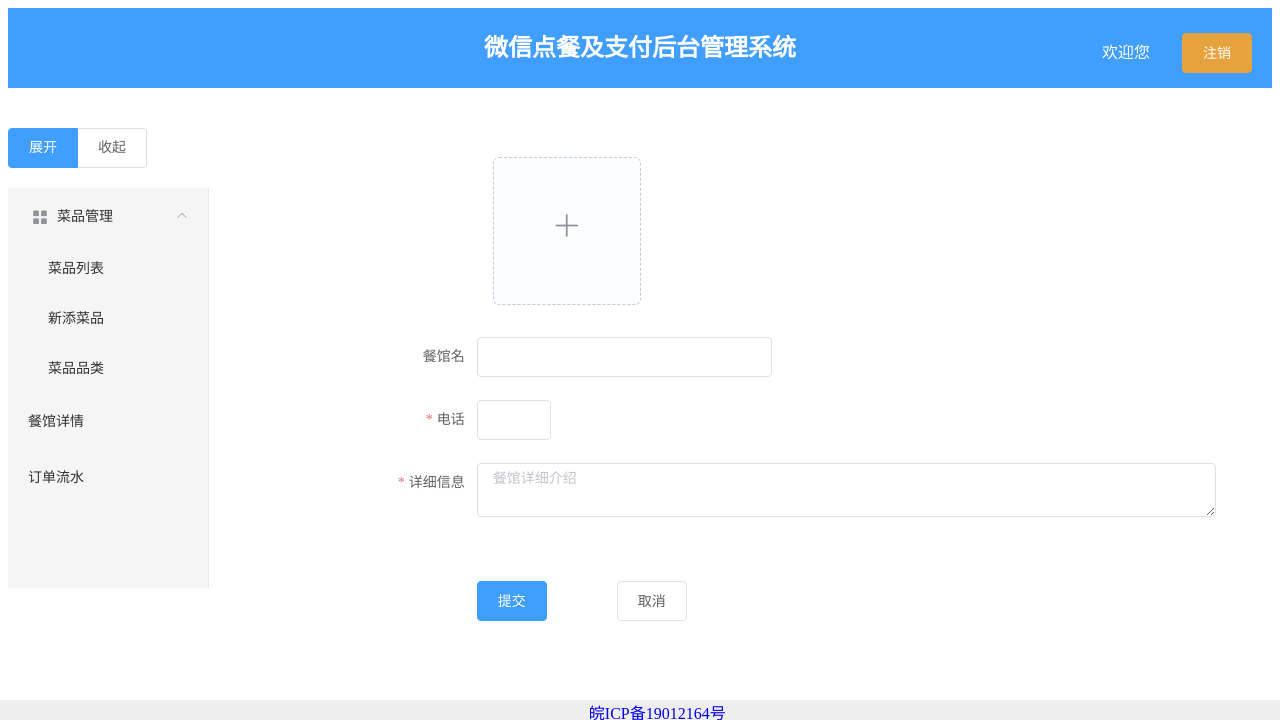
Repository: align-shi/order-web
Page: /pointpayment/hotelTable
These files come from the project's save history. The page is drawn as it stood at one moment and after the next save; the edit follows.
The browser window is 1280 px wide. The pictures show the whole page.
The page's requests for data from a server got no answer. The project was rebuilt for these pictures with package versions that can differ from the ones it lists, and the page was loaded fresh each time. No one was signed in, and anything a server would have sent is missing. Also part of the build but not shown: src/pages/login.vue.

Above is the page before, as saved 2020-03-11 20:59:28.

### index.html
<!DOCTYPE html>
<html>
  <head>
    <meta charset="utf-8">
    <meta name="viewport" content="width=device-width,initial-scale=1.0">
    <title>pointpayment_ele</title>
  </head>
  <body>
    <div id="app"></div>
    <!-- built files will be auto injected -->
  </body>
  <div style="position: fixed;left: 0px;bottom: 0px;width: 100%;height:20px;background-color: #eee;">
    <a href="http://www.beian.miit.gov.cn" target="_blank" style="margin-left: 46%">皖ICP备19012164号</a>
  </div>
</html>

### src/App.vue
<template>
  <div id="app">
    <transition name="fade" mode="out-in">
			<router-view></router-view>
		</transition>
  </div>
</template>

<script>
export default {
  name: 'App'
}
</script>

<style>
  .header{
    background-color: #409EFF;
    color: white;
    text-align: center;
  }
</style>

### src/pages/main.vue
<template>
    <div>
        <el-container>
            <el-header class="header" height="80px">
                <headers></headers>
            </el-header>
            <el-main>
                <!-- <span v-if="!user" class="loginFont">
                        <el-button type="success"  @click="login">点击登录</el-button>
                </span>   -->
                <div class="centerContent">
                    <transition name="fade" mode="out-in">
						<router-view></router-view>
					</transition>
                </div>

            </el-main>

            <el-aside>
                    <navMenuVue></navMenuVue>
            </el-aside>

        </el-container>

    </div>
</template>

<script>

    import headers from '../components/header.vue';
    import navMenuVue from '../components/NavMenu.vue';

    export default {

        created:function(){

        },
        methods: {
            login () {
                this.$router.replace('/login')
            },
            logout () {
                this.$store.dispatch('logout').then(() => {
                    this.$router.replace('/login')
                })
            },
            dataPath(){
                this.$router.replace('/dataTable')
            },
            getStatus (urlStr) {
                var urlStrArr = urlStr.split('/')
                return urlStrArr[urlStrArr.length - 1]
            }
        },

        computed: {
            user () {
                return this.$store.state.user
            }
        },
        components: {
            headers,
            navMenuVue,
            key() {
                return this.$route.name !== undefined? this.$route.name +new Date(): this.$route +new Date()
            }
         },
         watch:{
            '$route' (to, from) {
                // console.log(this.getStatus(this.$route.path))
             }
         }
    }
</script>
<style>

    .userContent{
        position: relative;
        top: -50px;
        float: right;
    }
    .centerContent{
        position: absolute;
        top: 19%;
        left:15%;
        width:80%;
    }
    .loginFont{
        top: 30%;
        position: absolute;
        left:46%;
    }
</style>

### src/components/createMenu.vue
<template>
    <div class="form">
          <el-upload
            class="upload"
            action=""
            list-type="picture-card"
            :on-preview="handlePictureCardPreview"
            :on-remove="handleRemove"
            :limit = 1
            :before-upload="UpladFile"
            >
            <!--  :on-change="saveFile"  :auto-upload="false"  :on-change="saveFile" :auto-upload="false" :before-upload="UpladFile" -->
            <i class="el-icon-plus"></i>
          </el-upload>
          <el-dialog :visible.sync="dialogVisible">
            <img width="100%" :src="dialogImageUrl" alt="">
          </el-dialog>

          <el-form :model="form" label-width="80px" :rules="formRules" ref="form">
            <el-form-item label="菜名" prop="dishes">
              <el-input v-model="form.dishes" auto-complete="off" style="width:40%"></el-input>
            </el-form-item>

            <el-form-item label="价格" prop="price">
              <el-input v-model="form.price" auto-complete="off" style="width:10%"></el-input>
            </el-form-item>

            <el-form-item label="菜品类别" prop="typeId">
              <el-select clearable  v-model="form.typeId" placeholder="菜品类别" autocomplete="off"
                      style="width: 30%">
              <el-option v-for="item in typeList" :key="item.id" :label="item.typeName"
                        :value="item.id"></el-option>
              </el-select>
            </el-form-item>
          </el-form>

        <div class="buttons">
            <el-button type="primary" @click.native="submit" :loading="submitLoading">提交</el-button>
            <el-button @click.native="clean" style="margin-left:5em;">取消</el-button>
        </div>

    </div>
</template>
<script>
    export default {

        data(){
            return{
                file:{},
                dialogVisible:false,
                dialogImageUrl:'',
                fileList:[],        //文件列表
                typeList:[],        //菜品类别表
                form: {             //提交表单
                  dishes:'',
                  price:'',
                  picture:'',
                  typeId:'',
                },
                submitLoading:false,
                uploadingFile:false,
                //表单验证
                formRules: {
                  dishes: [
                    { required: true, message: '请输入菜名', trigger: 'blur' },
                  ],
                  price: [
                    { required: true, message: '请输入价格', trigger: 'blur' },
                  ],
                  typeId:[
                    { required: true, message: '请输入菜品类别', trigger: 'blur' },
                  ],
                },
            }
        },
        created:function(){
            this.getTypeList()
        },
        methods: {
            // saveFile(file){
            //     this.file  = file.raw;
            //     this.fileList = [...this.fileList, this.file];
            // },
            submit(){
                this.$refs.form.validate((valid) => {
					if (valid) {
						this.$confirm('确认提交吗？', '提示', {}).then(() => {
                        this.submitLoading = true;
                        let para = Object.assign({}, this.form);
							// para.publishingDate = (!para.publishingDate || para.publishingDate == '') ? '':util.formatDate.format(new Date(para.publishingDate), 'yyyy-MM-dd');
                            this.submitMenu(para);
						});
					}
				});
            },
            submitMenu:function(para){
                // alert(JSON.stringify(para));
                this.$axios.post('/menu/insert',para).then((res) => {
                    if(res.data!=null){
                        this.$message.success('提交成功');
                    }
                    this.$refs['form'].resetFields();
                    this.editLoading = false;

                }).catch(function(error){
                        console.log(error);
                })
            },
            getTypeList(){
                this.$axios.post('/type/list').then((res) =>{
                this.typeList = res.data;
                })
            },
            handleRemove(file, fileList) {
                console.log(file, fileList);
            },
            handlePictureCardPreview(file) {
                this.dialogImageUrl = file.url;
                this.dialogVisible = true;
            },
            a(){

            },
            UpladFile(file){

                this.fileList = [...this.fileList,file];
                const formData = new FormData();
                var list = this.fileList;
                var that = this;
                list.forEach((file) => {
                    console.log(file);
                    formData.append('files',file);
                });

                formData.append('path','pic');
                this.$axios.post('/file/uploadFile',formData).then((res) => {
                    if(res.data!=null){
                        this.fileList= [];
                        this.form.picture = res.data[0];

                    }
                }).catch(function(error){
                    this.uploadingFile = false;
                })
                this.uploadingFile = false;
            }
        },
        computed: {

        }
    }
</script>
<style>
    .upload{
      margin-left: 6em;
      margin-bottom: 2em;
    }

    .form{
        margin-top:2%;
        margin-left:20%;
    }

    .buttons{
        margin-top:4em;
        margin-left:5em;
    }
</style>

### src/components/orderTable.vue
<template>
    <div>
        <div style="margin-bottom: 1em;">
            <el-col :span="2">
                <el-input v-model="order.tablenumber"  placeholder="请输入桌号名"></el-input>
            </el-col>

            <el-col :span="5" :offset="1">
                <el-input v-model="order.wxaccount"  placeholder="顾客微信名" ></el-input>
            </el-col>
            <el-button @click="search" icon="el-icon-search">搜索</el-button>
        </div>


        <el-table ref="multipleTable" :data="tableData.slice((currentPage-1)*pageSize,currentPage*pageSize)" border style="width: 100%"
            @selection-change="handleSelectionChange" :cell-style="cellStyle" :header-cell-style="rowClass">


            <el-table-column type="expand">
                <template slot-scope="props">
                    <el-form label-position="left" inline class="demo-table-expand">
                        <div>
                            <el-card class="box-card" shadow="hover" v-for="(item,i) in props.row.carts" :key="i"
                                style="float:left;margin-left:1em;margin-bottom:.5em;background-color:#F5F5F5">
                                菜品 : {{item.dishes}}   &#12288;&#12288;单价 : {{item.price}}    &#12288;&#12288;数量 : {{item.quantity}}
                            </el-card>
                        </div>

                    </el-form>
                </template>
            </el-table-column>

            <el-table-column prop="openId" label="用户标识" show-overflow-tooltip width="140"></el-table-column>
            <el-table-column prop="wxaccount" label="顾客微信名" align="center"></el-table-column>
            <el-table-column prop="tablenumber" label="桌号" show-overflow-tooltip width="200"></el-table-column>
            <el-table-column prop="money" label="总额(元)" width="100"></el-table-column>

            <el-table-column label="操作">
            <template slot-scope="scope">
                <el-button type="warning" plain @click="handleChangeStatus(scope.$index, scope.row)" v-show="scope.row.status == 1">
                  请求处理    <i class="el-icon-loading"></i>
                </el-button>
                <div v-show="scope.row.status == 2"> 已处理&#12288;<i class="el-icon-check"></i></div>
                <!-- <i class="el-icon-check" v-show="scope.row.status == 2"></i> -->
            </template>
          </el-table-column>
        </el-table>

        <el-pagination background
            @size-change="handleSizeChange"
            @current-change="handleCurrentChange"
            :current-page="currentPage"
            :page-sizes="[5,10,50, 100]"
            :page-size="pageSize"
            layout="total, sizes, prev, pager, next, jumper"
            :total="total">
        </el-pagination>
    </div>
</template>

<script>
export default {
    data(){
        return {

                total:5,
                currentPage: 1,
　　　　　　　　　pageSize: 5,

                msg:"",//记录每一条的信息，便于取id

                tableData: [],
                multipleSelection: [],
                order:{
                    tablenumber:null,
                    wxaccount:''
                }

        }
    },

    created: function(){
      this.getPackData();
    },

    mounted() {
			this.getPackData();
    },
    methods: {

      getPackData() {

        this.$axios({
            method: 'post',
            url: '/order/getListBy',
            data:{}
        }).then((res) => {
            this.tableData = res.data;
            this.total=this.tableData.length;
            // alert(JSON.stringify(res.data));
        }).catch(function(error){
            console.log(error);
        })

      },
      search(){
        this.$axios({
            method: 'post',
            url: '/order/getListBy',
            data:this.order
        }).then((res) => {
            this.tableData = res.data;
            this.total=this.tableData.length;
            // alert(JSON.stringify(res.data));
        }).catch(function(error){
            console.log(error);
        })
      },
      toggleSelection(rows) {
          if (rows) {
              rows.forEach(function(row)  {
                  this.$refs.multipleTable.toggleRowSelection(row);
              });
          } else {
              this.$refs.multipleTable.clearSelection();
          }
      },
      handleSelectionChange(val) {
          this.multipleSelection = val;
      },
      callbackFunction(result) {
                alert(result + "aaa");
            },
      handleSizeChange(val){
        this.pageSize = val;
        this.currentPage = 1;
        // this.fetchData(1, val);
        // console.log(`每页 ${val} 条`);
      },
      handleCurrentChange(val){
        this.currentPage = val;
        // this.fetchData(val, this.pageSize);
        // console.log(`当前页: ${val}`);
      },
      cellStyle({row,column,rowIndex,columnIndex}){
        return "text-align:center;"
      },
      rowClass({row,rowIndex}){
        return "text-align:center;"
      },

      handleChangeStatus:function(index,row){

        this.$axios({
            method: 'post',
            url: '/order/handleOrder',
            params:{id:row.id}
        }).then((res) =>{
          if(res.data == true){
            this.$message.success('处理成功');
          }
          row.status = 2;
        }).catch(function(error){
          console.log(error)
          that.$message.error('处理失败')
        })

      }

    }

}
</script>
<style>
    .el-table th {
        text-align: center;
    }

    /* .el-table tbody tr td:first-child {
        text-align: center;
    } */
    .upload{
      margin-left: 6em;
      margin-bottom: 2em;
    }
</style>

### src/components/hotelTable.vue
<template>
    <div class="form">

        <el-upload
            class="upload"
            action=""
            list-type="picture-card"
            :on-preview="handlePictureCardPreview"
            :on-remove="handleRemove"
            :limit = 1
            :before-upload="UpladFile"
            >
            <!--  :on-change="saveFile"  :auto-upload="false"  :on-change="saveFile" :auto-upload="false" :before-upload="UpladFile" -->
            <i class="el-icon-plus"></i>
        </el-upload>
        <el-dialog :visible.sync="dialogVisible">
            <img width="100%" :src="dialogImageUrl" alt="">
        </el-dialog>

        <el-form :model="form" label-width="80px" :rules="formRules" ref="form">
            <el-form-item label="餐馆名" prop="name">
                <el-input v-model="form.dishes" auto-complete="off" style="width:40%"></el-input>
            </el-form-item>

            <el-form-item label="电话" prop="price">
                <el-input v-model="form.price" auto-complete="off" style="width:10%"></el-input>
            </el-form-item>

            <el-form-item label="详细信息" prop="price">
                <el-input type="textarea" rows="2" placeholder="餐馆详细介绍" v-model="textarea">
                </el-input>
            </el-form-item>


        </el-form>

        <div class="buttons">
            <el-button type="primary" @click.native="submit" :loading="submitLoading">提交</el-button>
            <el-button @click.native="clean" style="margin-left:5em;">取消</el-button>
        </div>
    </div>
</template>
<script>
    export default {

        data(){
            return{
                file:{},
                dialogVisible:false,
                dialogImageUrl:'',
                fileList:[],        //文件列表
                typeList:[],        //菜品类别表
                form: {             //提交表单
                  dishes:'',
                  price:'',
                  picture:'',
                  typeId:'',
                },
                submitLoading:false,
                uploadingFile:false,
                //表单验证
                formRules: {
                  dishes: [
                    { required: true, message: '请输入菜名', trigger: 'blur' },
                  ],
                  price: [
                    { required: true, message: '请输入价格', trigger: 'blur' },
                  ],
                  typeId:[
                    { required: true, message: '请输入菜品类别', trigger: 'blur' },
                  ],
                },
            }
        },
        created:function(){
            this.getTypeList()
        },
        methods: {
            // saveFile(file){
            //     this.file  = file.raw;
            //     this.fileList = [...this.fileList, this.file];
            // },
            submit(){
                this.$refs.form.validate((valid) => {
					if (valid) {
						this.$confirm('确认提交吗？', '提示', {}).then(() => {
                        this.submitLoading = true;
                        let para = Object.assign({}, this.form);
							// para.publishingDate = (!para.publishingDate || para.publishingDate == '') ? '':util.formatDate.format(new Date(para.publishingDate), 'yyyy-MM-dd');
                            this.submitMenu(para);
						});
					}
				});
            },
            submitMenu:function(para){
                // alert(JSON.stringify(para));
                this.$axios.post('/menu/insert',para).then((res) => {
                    if(res.data!=null){
                        this.$message.success('提交成功');
                    }
                    this.$refs['form'].resetFields();
                    this.editLoading = false;

                }).catch(function(error){
                        console.log(error);
                })
            },
            getTypeList(){
                this.$axios.post('/type/list').then((res) =>{
                this.typeList = res.data;
                })
            },
            handleRemove(file, fileList) {
                console.log(file, fileList);
            },
            handlePictureCardPreview(file) {
                this.dialogImageUrl = file.url;
                this.dialogVisible = true;
            },
            a(){

            },
            UpladFile(file){

                this.fileList = [...this.fileList,file];
                const formData = new FormData();
                var list = this.fileList;
                var that = this;
                list.forEach((file) => {
                    console.log(file);
                    formData.append('files',file);
                });

                formData.append('path','pic');
                this.$axios.post('/file/uploadFile',formData).then((res) => {
                    if(res.data!=null){
                        this.fileList= [];
                        this.form.picture = res.data[0];

                    }
                }).catch(function(error){
                    this.uploadingFile = false;
                })
                this.uploadingFile = false;
            }
        },
        computed: {

        }
    }
</script>
<style>
    .upload{
      margin-left: 6em;
      margin-bottom: 2em;
    }

    .form{
        margin-top:2%;
        margin-left:20%;
    }

    .buttons{
        margin-top:4em;
        margin-left:5em;
    }
</style>

### src/components/header.vue
<template>
    <div id="header">
        <h2>微信点餐及支付后台管理系统</h2>
        <div class="userContent">
            <span>
                <label>欢迎您</label>&nbsp;&nbsp;&nbsp;{{this.username}}&nbsp;&nbsp;&nbsp;&nbsp;
                <el-button type="warning"  @click="login" style="">注销</el-button>
            </span>
        </div>
    </div>
</template>

<script>
    export default {

        data(){
            return{
                username:''
            }
        },
        created:function(){
            this.username=this.getUserName();
        },
        methods: {
            login () {
                this.$router.replace('/login')
            },
            logout () {
                this.$store.dispatch('logout').then(() => {
                    this.$router.replace('/login')
                })
            },
            dataPath(){
                this.$router.replace('/dataTable')
            },
            getUserName(){
                if (document.cookie.length > 0) {
                    var arr = document.cookie.split('; '); //这里显示的格式需要切割一下自己可输出看下
                    for (var i = 0; i < arr.length; i++) {
                        var arr2 = arr[i].split('='); //再次切割
                        if (arr2[0] == 'userName') {
                            return arr2[1];
                        }
                    }
                }
            }
        },
        computed: {
            user () {
                return this.$store.state.user
            }
        }
    }
</script>
<style>
    .userContent{
        position: relative;
        top: -40px;
        float: right;
    }
</style>

### src/components/NavMenu.vue
<template>
    <div id="navMenu">
        <el-radio-group v-model="isCollapse" style="margin-bottom: 20px;">
            <el-radio-button :label="false">展开</el-radio-button>
            <el-radio-button :label="true">收起</el-radio-button>
        </el-radio-group>

         <el-menu default-active="1" class="el-menu-vertical-demo"
            @open="handleOpen" @close="handleClose" :collapse="isCollapse" @select="handleSelect" :router="true"
            background-color="#F5F5F5">

            <el-submenu v-for="(item,i) in navList" :key="'1'+i" v-show="item.second" :index="item.name">
                <template slot="title">
                    <i class="el-icon-menu"></i>
                    <span>{{ item.navItem}}</span>
                </template>
                <el-menu-item v-for="(sec,j) in item.second" :key="j" :index="sec.name">{{sec.navItem}}</el-menu-item>
            </el-submenu>

            <el-menu-item v-for="(item,i) in navList" :key="i" v-show="!item.second" :index="item.name">
            {{ item.navItem }}
            </el-menu-item>


        </el-menu>
    </div>
</template>

<script>
    export default {
        data() {
            return {
                isCollapse: false,
                navList:[
                    {name:'/hotelTable',navItem:'餐馆详情'},
                    {name:'/orderTable',navItem:'订单流水'},
                    {name:'1',navItem:'菜品管理',
                        second:[{name:'/menuTable',navItem:'菜品列表'},
                                {name:'/createMenu',navItem:'新添菜品'},
                                {name:'/typeTable',navItem:'菜品品类'}]},
                ]
            };
        },
        created:function(){

        },
        methods: {
            handleOpen(key, keyPath) {
                // console.log(key, keyPath);
            },
            handleClose(key, keyPath) {
                // console.log(key, keyPath);
            },
            handleSelect(key, keyPath) {
                // console.log(key, keyPath);
                this.$router.push(key);
            }
        }
  }
</script>
<style>
    .el-menu-vertical-demo:not(.el-menu--collapse) {
        width: 200px;
        min-height: 400px;
    }
</style>

Loaded but not shown: src/router/index.js (45 lines, source omitted); src/main.js (27 lines, source omitted); src/components/menuTable.vue (352 lines, source omitted); src/components/typeTable.vue (306 lines, source omitted)

After the next save:
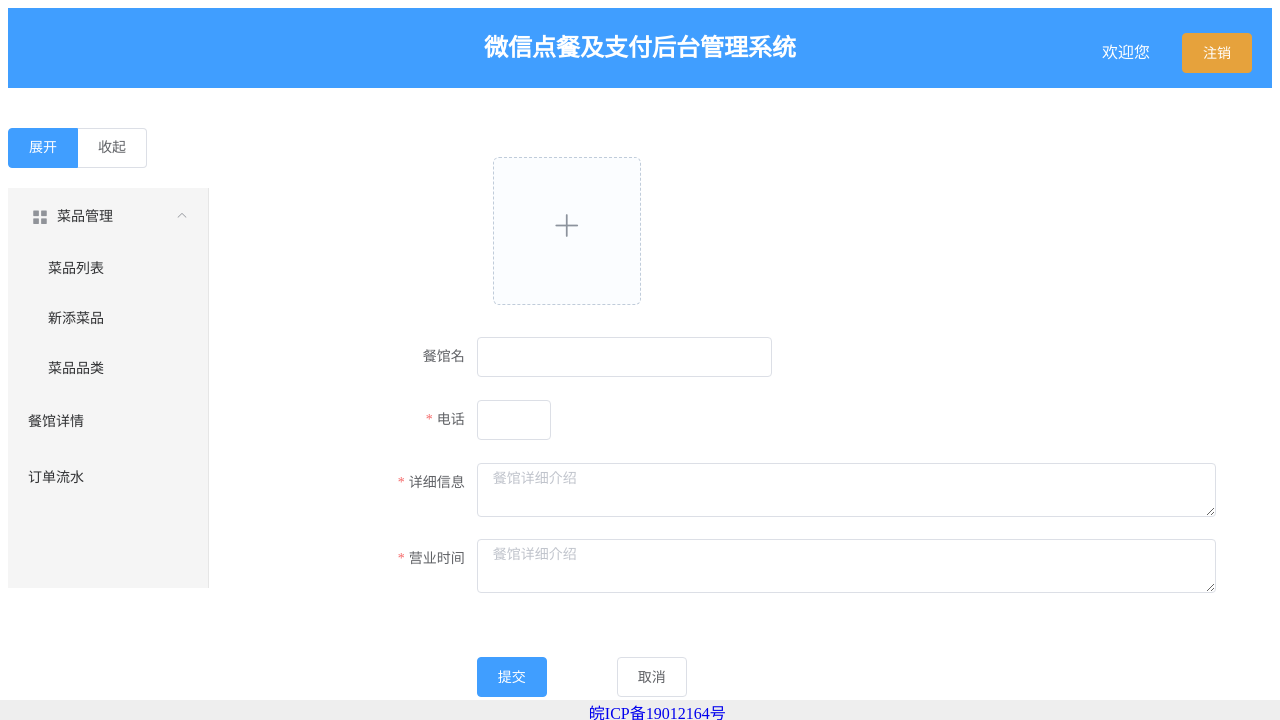
Saved 81 s later.
--- a/src/components/hotelTable.vue
+++ b/src/components/hotelTable.vue
@@ -31,6 +31,10 @@
                 </el-input>
             </el-form-item>
 
+            <el-form-item label="营业时间" prop="price">
+                <el-input type="textarea" rows="2" placeholder="餐馆详细介绍" v-model="textarea">
+                </el-input>
+            </el-form-item>
 
         </el-form>
 
